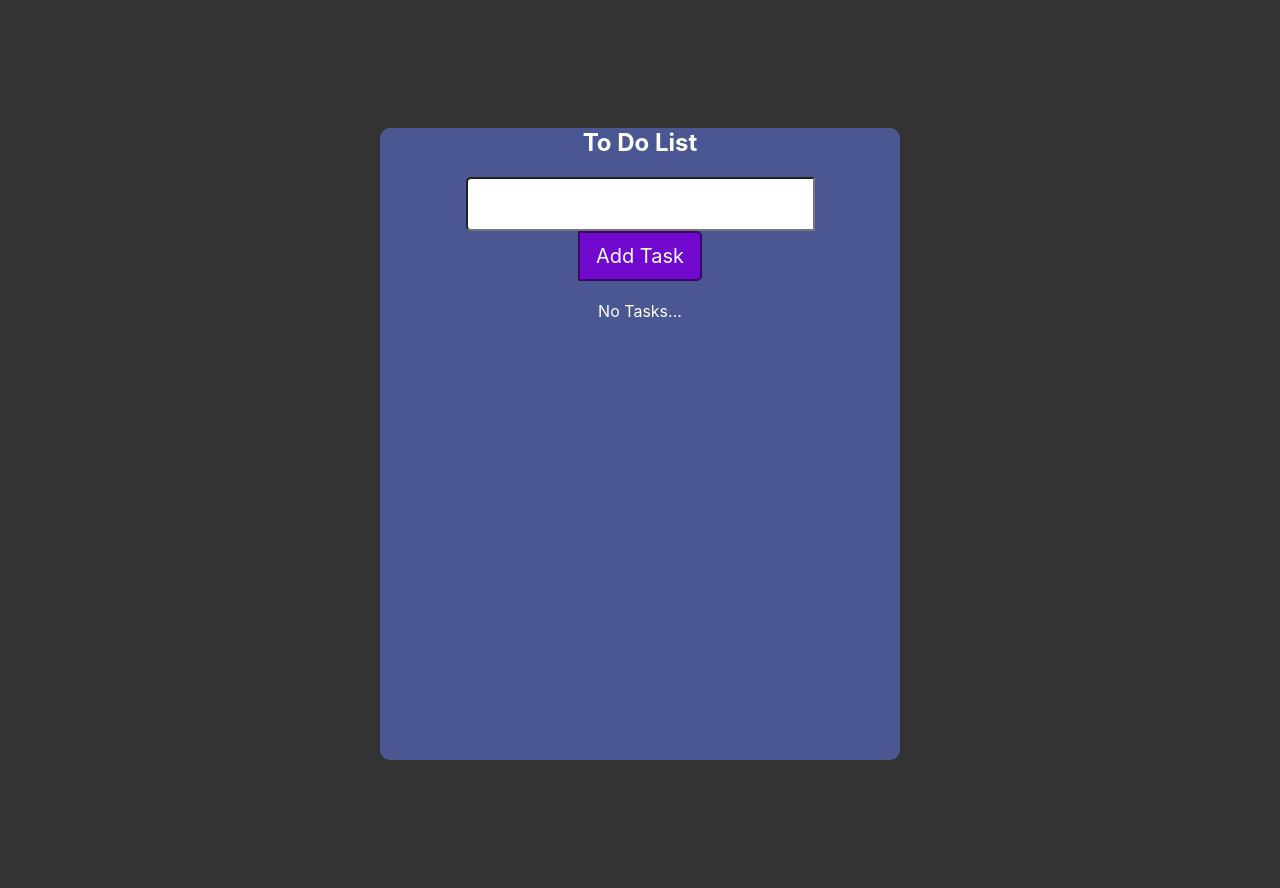
Repository: kirangautam45/ToDoList
Page: /
The author's editor kept a copy of each file at every save. The page is drawn from the files as they stood at one save, then again after a run of saves.
The browser window is 1280 px wide. The pictures show the whole page.
The project was rebuilt for these pictures with package versions that can differ from the ones it lists, and the page was loaded fresh each time. Also part of the build but not shown: src/components/Update.js.

Above is the page before, as saved 2022-08-07 20:45:22.

### src/App.js
import { useState } from "react";
import TodoForm from "./components/TodoForm";
import Update from "./components/Update";
import ToDo from "./components/Todo";

import "./App.css";

function App() {
  // Tasks (To Do List) State
  const [toDo, setToDo] = useState([]);
  const [newTask, setNewTask] = useState("");
  const [updateData, setUpdateData] = useState("");

  // Add task
  const addTask = () => {
    if (newTask) {
      let num = toDo.length + 1;
      let newEntry = { id: num, title: newTask, status: false };
      setToDo([...toDo, newEntry]);
      setNewTask("");
    }
  };

  // Delete task
  const deleteTask = (id) => {
    let newTasks = toDo.filter((task) => task.id !== id);
    setToDo(newTasks);
  };

  // Mark task as completed
  const markDone = (id) => {
    let newTask = toDo.map((task) => {
      if (task.id === id) {
        return { ...task, status: !task.status };
      }
      return task;
    });
    setToDo(newTask);
  };

  // Cancel update
  const cancelUpdate = () => {
    setUpdateData("");
  };

  // Change task for update
  const changeTask = (e) => {
    let newEntry = {
      id: updateData.id,
      title: e.target.value,
      status: updateData.status ? true : false,
    };
    setUpdateData(newEntry);
  };

  // Update task
  const updateTask = () => {
    let filterRecords = [...toDo].filter((task) => task.id !== updateData.id);
    let updatedObject = [...filterRecords, updateData];
    setToDo(updatedObject);
    setUpdateData("");
  };
  // search task

  return (
    <div className="container">
      <h2>To Do List</h2>

      {updateData && updateData ? (
        <Update
          updateData={updateData}
          changeTask={changeTask}
          updateTask={updateTask}
          cancelUpdate={cancelUpdate}
        />
      ) : (
        <TodoForm newTask={newTask} setNewTask={setNewTask} addTask={addTask} />
      )}

      {toDo && toDo.length ? "" : "No Tasks..."}

      <ToDo
        toDo={toDo}
        markDone={markDone}
        setUpdateData={setUpdateData}
        deleteTask={deleteTask}
      />
    </div>
  );
}

export default App;

### src/components/TodoForm.js
import React from "react";

const TodoForm = ({ newTask, setNewTask, addTask }) => {
  return (
    <div>
      <div className="row">
        <div className="col">
          <input
            value={newTask}
            onChange={(e) => setNewTask(e.target.value)}
            className="form-control"
          />
        </div>
        <div className="col-auto">
          <button onClick={addTask} className="btn-success">
            Add Task
          </button>
        </div>
      </div>
      <br />
    </div>
  );
};

export default TodoForm;

### src/components/Todo.js
import React from "react";
import { FontAwesomeIcon } from "@fortawesome/react-fontawesome";
import {
  faCircleCheck,
  faPen,
  faTrashCan,
} from "@fortawesome/free-solid-svg-icons";
const Todo = ({ toDo, markDone, setUpdateData, deleteTask }) => {
  return (
    <div>
      {toDo &&
        toDo
          .sort((a, b) => (a.id > b.id ? 1 : -1))
          .map((task, index) => {
            return (
              <React.Fragment key={task.id}>
                <div className="col taskBg">
                  <div className={task.status ? "done" : ""}>
                    <span className="taskNumber">{index + 1}</span>
                    <span className="taskText">{task.title}</span>
                  </div>
                  <div className="iconsWrap">
                    <span
                      title="Completed / Not Completed"
                      onClick={(e) => markDone(task.id)}
                    >
                      <FontAwesomeIcon icon={faCircleCheck} />
                    </span>

                    {task.status ? null : (
                      <span
                        title="Edit"
                        onClick={() =>
                          setUpdateData({
                            id: task.id,
                            title: task.title,
                            status: task.status ? true : false,
                          })
                        }
                      >
                        <FontAwesomeIcon icon={faPen} />
                      </span>
                    )}

                    <span title="Delete" onClick={() => deleteTask(task.id)}>
                      <FontAwesomeIcon icon={faTrashCan} />
                    </span>
                  </div>
                </div>
              </React.Fragment>
            );
          })}
    </div>
  );
};

export default Todo;

### src/App.css
body {
  background-color: #333;
  color: #fff;
}

.container{

  flex-direction: column;
  justify-content: start;
  width: 520px;
  min-height: 600px;
  background: #4a5792;
  text-align: center;
  margin: 128px auto;
  border-radius: 10px;
  padding-bottom: 32px;
}

.taskBg {
  background-color: rgb(130, 94, 94);
  border-radius: 6px;
  margin-bottom: 20px;
  padding: 10px 140px 10px 15px;
  text-align: left;
  font-size: 22px;
  position: relative;
}

.taskBg div {
  display: flex;
  align-items: center;
}

.taskNumber {
  color: rgb(180, 84, 84);
  border: 1px solid rgb(108, 39, 39);
  border-radius: 50%;
  width: 26px;
  height: 26px;
  display: flex;
  text-align: center;
  font-size: 14px;
  margin-right: 8px;
  align-items: center;
  justify-content: center;
}

.taskBg .taskText {
  flex: 1;
}

.taskBg .done .taskText {
  text-decoration: line-through;
  opacity: 0.8;
}

.taskBg .iconsWrap {
  position: absolute;
  top: 50%;
  transform: translateY(-50%);
  right: 15px;
  width: auto;
  display: inline-block;
}

.taskBg .iconsWrap span {
  display: inline-block;
  margin: 0px 10px 0 10px;
  cursor: pointer;
  color: #94e2be;
}

.taskBg .iconsWrap span:hover {
  color: rgb(250, 250, 23);
}

.mr-20 {
  margin-right: 20px;
}
.btn-success{
  flex: 0.6;
    min-height: 50px;
    font-family: var(--font-family);
    font-weight: 400;
    font-size: 20px;
    line-height: 28px;
    background: #7209ce;
    border: 2px solid #3e0664;
    padding: 0 1rem;
    color: #fff;
    cursor: pointer;
    outline: none;
    margin-top: ;
    border-top-right-radius: 5px;
    border-bottom-right-radius: 5px;
}
.btn-warning{
  flex: 0.6;
  min-height: 50px;
  font-weight: 400;
  font-size: 20px;
  line-height: 28px;
  background: #FF4820;
  border: 2px solid #FF4820;
  padding: 0 1rem;
  color: #fff;
  margin-left: 10px;
  cursor: pointer;
  outline: none;
  border-top-right-radius: 5px;
  border-bottom-right-radius: 5px;

}

.form-control{
  flex: 2;
  min-height: 50px;
  font-family: var(--font-family);
  font-weight: 400;
  font-size: 20px;
  line-height: 28px;
  padding: 0 1rem;
  outline: none;
  color: rgb(28, 27, 27);
  border-top-left-radius: 5px;
  border-bottom-left-radius: 5px;
}

Loaded but not shown: public/index.html (common file); src/index.js (common file); src/index.css (common file); src/reportWebVitals.js (common file)

After the next 2 saves:
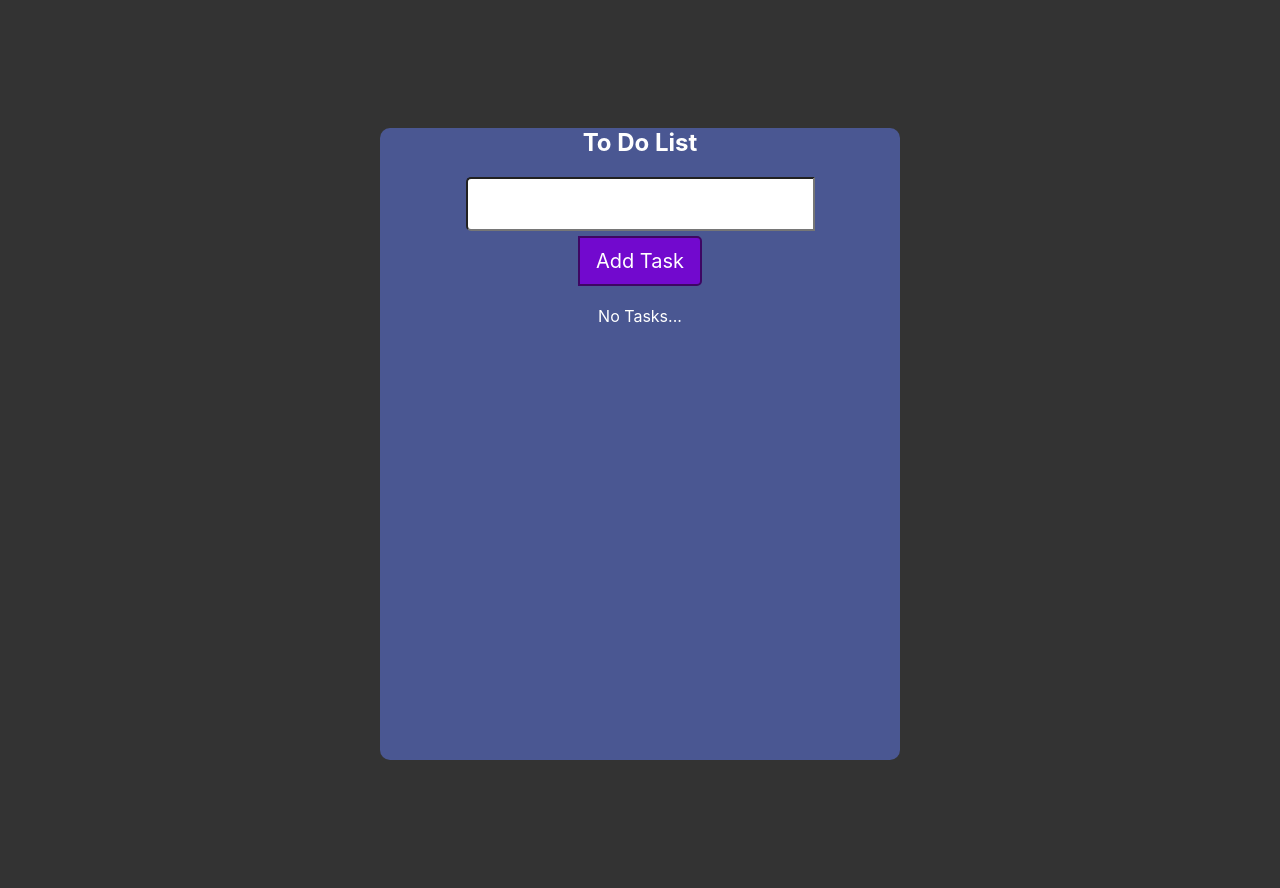
The 2 saves are shown as one change because they came seconds apart.
The last was saved 9 s later.
--- a/src/App.css
+++ b/src/App.css
@@ -90,7 +90,7 @@ body {
     color: #fff;
     cursor: pointer;
     outline: none;
-    margin-top: ;
+    margin-top: 1%;
     border-top-right-radius: 5px;
     border-bottom-right-radius: 5px;
 }
